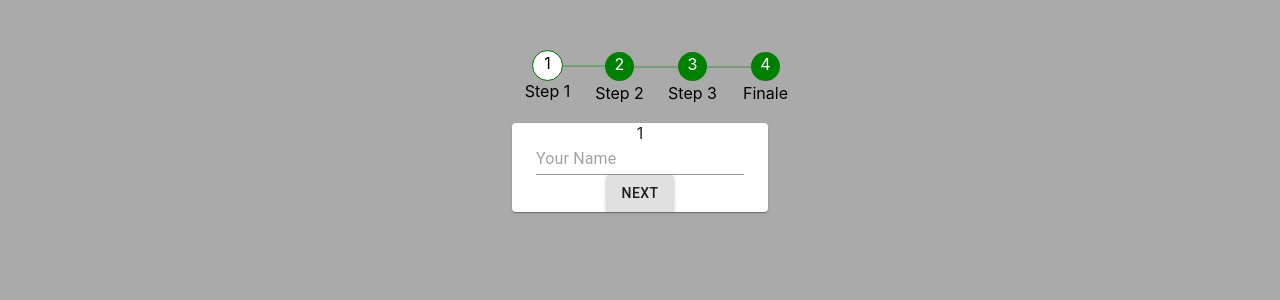
Repository: SD-Mdouka/project_step
Page: /
An editor plug-in stored every save of this project. The page is shown before and after the next save, followed by the edit.
The browser window is 1280 px wide. The pictures show the whole page.
The project was rebuilt for these pictures with package versions that can differ from the ones it lists, and the page was loaded fresh each time.

Above is the page before, as saved 2022-09-05 16:02:34.

### src/index.js
import React from "react";
import ReactDOM from "react-dom/client";
import "./index.css";
import App from "./Steps";
// import { AppBar, Toolbar, Typography } from "@material-ui/core";

const root = ReactDOM.createRoot(document.getElementById("root"));
root.render(
  <React.StrictMode>
    {/* <AppBar>
      <Toolbar>
        <Typography varient="h6">React app</Typography>
      </Toolbar>
    </AppBar> */}
    <App />
  </React.StrictMode>
);

### src/index.css
body {
    background-color: #aaa;
    margin: 0;
    font-family: -apple-system, BlinkMacSystemFont, "Segoe UI", "Roboto", "Oxygen", "Ubuntu", "Cantarell", "Fira Sans", "Droid Sans", "Helvetica Neue", sans-serif;
    -webkit-font-smoothing: antialiased;
    -moz-osx-font-smoothing: grayscale;
}

code {
    font-family: source-code-pro, Menlo, Monaco, Consolas, "Courier New", monospace;
}

.App-Project {
    margin-top: 50px;
    margin-inline: 40% !important;
}

.cirecle {
    width: 29px;
    height: 29px;
    line-height: 25px;
    background-color: green;
    color: white;
    border-radius: 50%;
    -webkit-border-radius: 50%;
    -moz-border-radius: 50%;
    -ms-border-radius: 50%;
    -o-border-radius: 50%;
    border: 2px solid transparent;
    text-align: center;
    cursor: pointer;
    background-clip: padding-box;
    -webkit-background-clip: padding-box;
}

.stepsWrapp {
    display: flex;
    margin-bottom: 20px;
    text-align: center;
}

.stepeBlock .circleWrapper {
    padding: 0px 20px;
    position: relative;
}

.selected .cirecle {
    color: black;
    background-color: white;
    border: 1px solid green;
}

.stepeBlock:not(:last-child)>.circleWrapper::after {
    content: "";
    width: 100%;
    height: 2px;
    position: absolute;
    top: 0px;
    bottom: 0px;
    background-color: green;
    margin: auto;
    z-index: -1;
}

.stepeBlock:not(:last-child)>.circleWrapper::after {
    height: 3px;
    opacity: 1;
}

.stepeBlock:not(:last-child).selected>.circleWrapper::after,
.stepeBlock:not(:last-child).selected~.stepeBlock:not(:last-child)>.circleWrapper::after {
    height: 2px;
    opacity: 0.3;
}

.pages {
    margin: 0 40%;
}

.primaryBtn {
    padding: 10px 25px;
    background-color: green;
    border: none;
    margin: 10px;
    color: white;
    border-radius: 4px;
    -webkit-border-radius: 4px;
    -moz-border-radius: 4px;
    -ms-border-radius: 4px;
    -o-border-radius: 4px;
    cursor: pointer;
}

### src/Steps/index.js
import Step from "./Step";
import PageFlex from "../App";
import React, { useState } from "react";

function App() {
  const labelArray = ["Step 1", "Step 2", "Step 3", "Finale"];
  const [currentSteps, setCurrentSteps] = useState(1);
  function updateStep(step) {
    setCurrentSteps(step);
  }
  return (
    <div className="App-Project">
      <Step
        labelArray={labelArray}
        currentSteps={currentSteps}
        updateStep={updateStep}
      ></Step>
      <p className="flex-container">
        {" "}
        <PageFlex
          currentSteps={currentSteps}
          setCurrentSteps={setCurrentSteps}
        />
      </p>
    </div>
  );
}

export default App;

### src/Steps/Step/index.js
import React, { useState } from "react";
import NavStep from "./NavStep";

const Step = (props) => {
  return (
    <div className="stepsWrapp">
      {props.labelArray.map((item, index) => (
        <NavStep
          key={index}
          index={index}
          label={item}
          updateStep={props.updateStep}
          selected={props.currentSteps === index + 1}
        ></NavStep>
      ))}
    </div>
  );
};
export default Step;

### src/App.js
import { Button, Card, Container, TextField, Box } from "@material-ui/core";
import { Field, Formik, Form } from "formik";
import React, { useState } from "react";
import * as Yup from "yup";
import "./App.css";

function App({ currentSteps }) {
  const state = currentSteps;
  return (
    <div className="App">
      <Card>
        <Container>
          <Formik
            initialValues={{ name: "", age: 18, description: "" }}
            validationSchema={Yup.object().shape({
              name: Yup.string().required("Name is required"),
              age: Yup.number().required("Age is required").min(18, "only +18"),
              description: Yup.string().min(10),
            })}
            onSubmit={(values, { setSubmitting }) => {
              setTimeout(() => {
                alert(JSON.stringify(values, null, 2));
                setSubmitting(false);
              }, 400);
            }}
          >
            {({
              values,
              errors,
              touched,
              handleChange,
              handleBlur,
              handleSubmit,
              validateField,
              isSubmitting,
              currentSteps,
              /* and other goodies */
            }) => (
              <Form onSubmit={handleSubmit}>
                {state}
                <FormStps
                  isSubmitting={isSubmitting}
                  validateField={validateField}
                  errors={errors}
                  touched={touched}
                  // setStpe={props.setCurrentSteps}
                >
                  <Field
                    type="text"
                    name="name"
                    id="name"
                    onChange={handleChange}
                    onBlur={handleBlur}
                    value={values.name}
                    placeholder="Your Name"
                    component={TextField}
                    error={errors.name ? true : false}
                    helperText={errors.name && errors.name}
                  />

                  <Field
                    type="number"
                    name="age"
                    id="age"
                    onChange={handleChange}
                    onBlur={handleBlur}
                    value={values.age}
                    placeholder="Your age"
                    component={TextField}
                    error={errors.age ? true : false}
                    helperText={errors.age && errors.age}
                  />
                  <Field
                    type="text"
                    name="description"
                    id="description"
                    onChange={handleChange}
                    onBlur={handleBlur}
                    value={values.description}
                    placeholder="Description"
                    component={TextField}
                    error={errors.description ? true : false}
                    helperText={errors.description && errors.description}
                  />
                </FormStps>
              </Form>
            )}
          </Formik>
        </Container>
      </Card>
    </div>
  );
}
const FormStps = (props) => {
  const childrenArr = React.Children.toArray(props.children);
  const [step, setStep] = useState(1);
  const name = childrenArr[step - 1].props.name;
  const isErrors = props.errors[name] ? true : false;
  const isTouched = props.touched[name] ? true : false;
  const isEmpty =
    childrenArr[step - 1].props.value !== " " &&
    !childrenArr[step - 1].props.value
      ? true
      : false;
  const goBack = () => {
    setStep(step - 1);
  };
  const goNext = () => {
    if (isTouched && !isErrors) {
      setStep(step + 1);
    } else if (!isEmpty && !isErrors) {
      setStep(step + 1);
    } else {
      props.validateField(name);
    }
  };
  return (
    <>
      {childrenArr[step - 1]}
      {step > 1 && (
        <Button
          disabled={props.isSubmitting}
          variant="contained"
          color="secondary"
          onClick={goBack}
        >
          Back
        </Button>
      )}
      {step < childrenArr.length && (
        <Button
          disabled={props.isSubmitting}
          variant="contained"
          onClick={goNext}
        >
          Next
        </Button>
      )}
      <br />
      {step === childrenArr.length && (
        <Button
          type="submit"
          disabled={props.isSubmitting}
          variant="contained"
          color="primary"
        >
          Submit
        </Button>
      )}
    </>
  );
};
export default App;

### src/Steps/Step/NavStep/index.js
import React from "react";

const NavStep = (props) => {
  return (
    <div className={"stepeBlock" + (props.selected ? " selected" : "")}>
      <div
        className="circleWrapper"
        onClick={() => props.updateStep(props.index + 1)}
      >
        <div className="cirecle">{props.index + 1}</div>
      </div>
      <span>{props.label}</span>
    </div>
  );
};
export default NavStep;

Loaded but not shown: public/index.html (common file); src/App.css (common file)

After the next save:
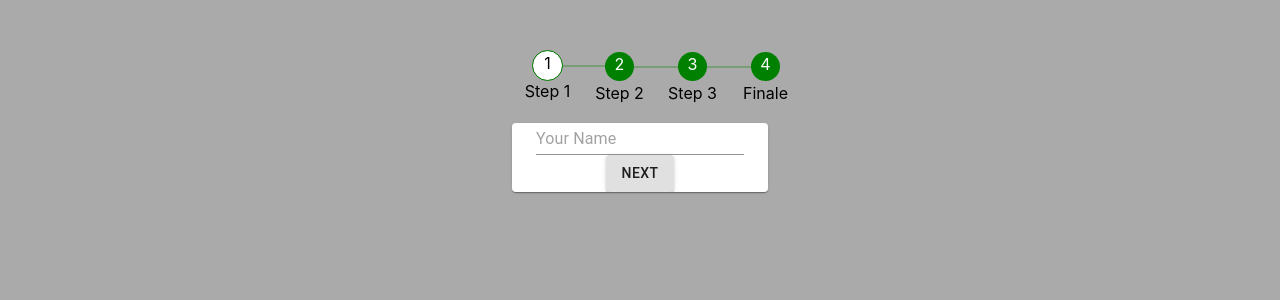
Saved 31 s later.
--- a/src/App.js
+++ b/src/App.js
@@ -33,7 +33,7 @@
               handleSubmit,
               validateField,
               isSubmitting,
-              currentSteps,
+              state,
               /* and other goodies */
             }) => (
               <Form onSubmit={handleSubmit}>

After the 2 saves that followed:
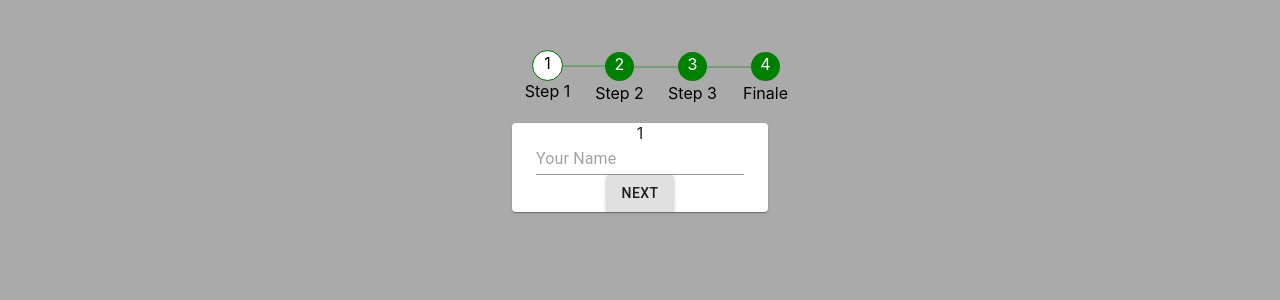
The 2 saves are shown as one change because 1 left the picture as it was.
The last was saved 77 s later.
--- a/src/App.js
+++ b/src/App.js
@@ -33,7 +33,7 @@
               handleSubmit,
               validateField,
               isSubmitting,
-              state,
+              // state,
               /* and other goodies */
             }) => (
               <Form onSubmit={handleSubmit}>
@@ -43,7 +43,7 @@
                   validateField={validateField}
                   errors={errors}
                   touched={touched}
-                  // setStpe={props.setCurrentSteps}
+                  // state={state}
                 >
                   <Field
                     type="text"
